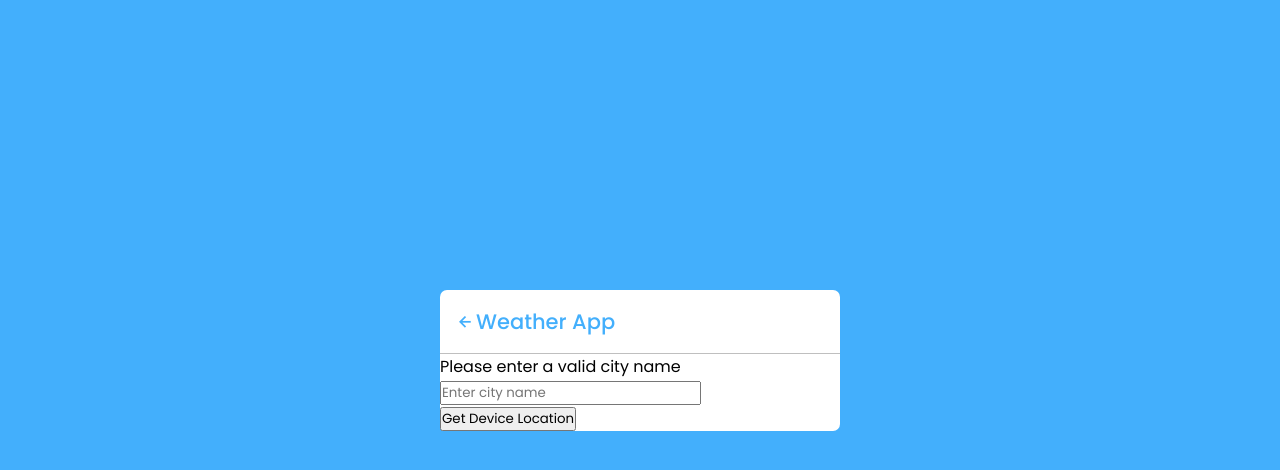
Repository: long13820/Weather-App-HTML-CSS-Javascript
Page: index.html
An editor plug-in stored every save of this project. The page is shown before and after a run of saves, followed by the edit.
The browser window is 1280 px wide. The pictures show the whole page.

Above is the page before, as saved 2021-09-02 00:53:12.

### index.html
<!DOCTYPE html>
<html lang="en">
<head>
    <meta charset="UTF-8">
    <meta http-equiv="X-UA-Compatible" content="IE=edge">
    <meta name="viewport" content="width=device-width, initial-scale=1.0">
    <title>Weather App</title>
    <link rel="stylesheet" href="style.css">

    <!--Linking Boxicon For Icon-->
    <link rel="stylesheet" href='https://unpkg.com/boxicons@2.0.9/css/boxicons.min.css' >


</head>
<body>
    <div class="wrapper">
        <header>
            <i class="bx bx-left-arrow-alt"></i>
            Weather App
        </header>
        <section class="input-part">
            <p class="info-txt">Please enter a valid city name</p>
            <input type="text" placeholder="Enter city name" spellcheck="false">
            <div class="separator"></div>
            <button>Get Device Location</button>
        </section>
    </div>
</body>
</html>

### style.css
/*Import Google Font - Poppins*/
@import url('https://fonts.googleapis.com/css2?family=Poppins:wght@400;500;600;700&display=swap');
*{
    margin: 0;
    padding: 0;
    box-sizing: border-box;
    font-family: 'Poppins', sans-serif;
}
body{
    display: flex;
    align-items: center;
    justify-content: center;
    min-height: 100vh;
    background: #43AFFC;
}
.wrapper{
    width: 400px;
    border-radius: 7px;
    background: white;
}
.wrapper header{
    color: #43AFFC;
    font-size: 21px;
    font-weight: 500;
    padding: 16px 15px;
    display: flex;
    align-items: center;
    border-bottom: 1px solid #bfbfbf;

}
header i{

}

After the next 10 saves:
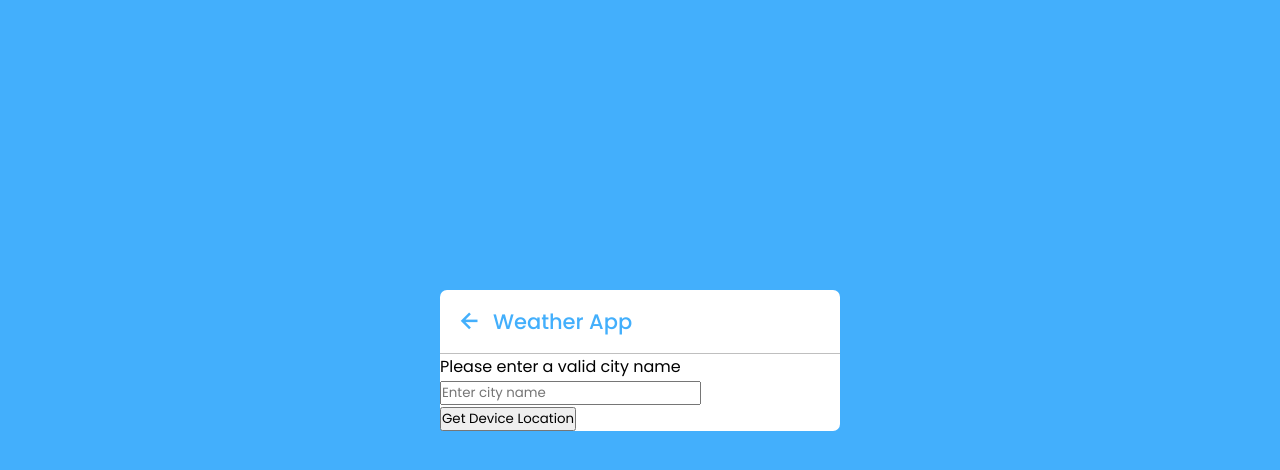
The 10 saves are shown as one change because they came seconds apart.
The last was saved 52 s later.
--- a/style.css
+++ b/style.css
@@ -29,5 +29,7 @@ body{
 
 }
 header i{
-
+    cursor: pointer;
+    font-size: 30px;
+    margin-right: 8px;
 }
